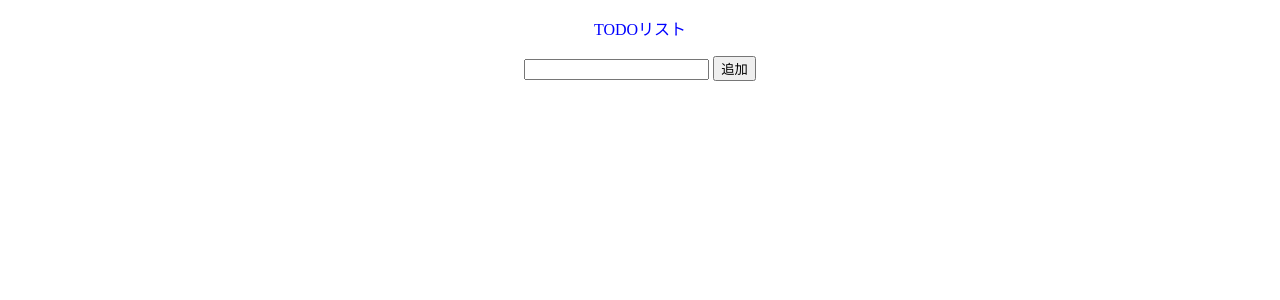
Repository: kntb2565/todolist
Page: src/index.html
These files come from the project's save history. The page is drawn as it stood at one moment and after the next save; the edit follows.
The browser window is 1280 px wide. The pictures show the whole page.

Above is the page before, as saved 2018-10-21 14:01:00.

### src/index.html
<!DOCTYPE html>
<html lang="ja">
<head>
  <meta charset="utf-8">
  <title>todolist</title>
  <link rel="stylesheet" href="css/styles.css" type="text/css">

</head>
<div class="todo">
    <p>TODOリスト</p>
    <input type="text" />
    <input type="button" value="追加" />
</div>
</html>

### src/css/styles.css
h1{
 color: blue;

}
 body{
    text-align: center;
 }

 .todo{
   width: 180px
   background-image: url(img/utyu3.jpg);
 }

 p{
    color: blue;
    text-align: center;
    text-size:13px
 }

After the next save:
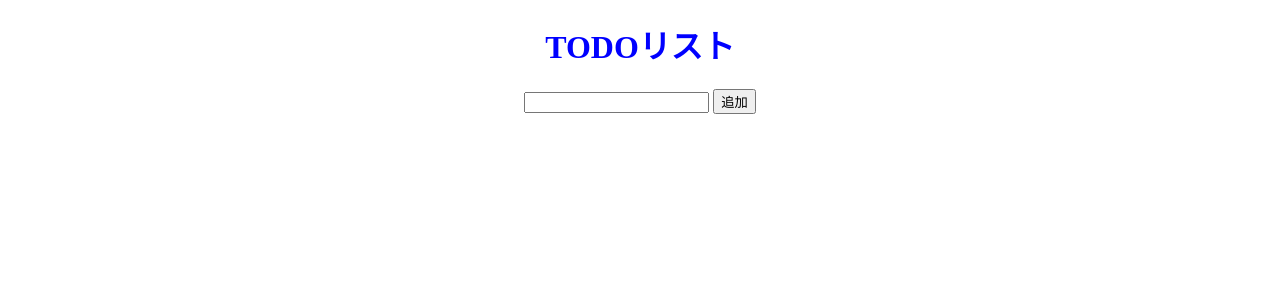
Saved 22 s later.
--- a/src/index.html
+++ b/src/index.html
@@ -7,7 +7,7 @@
 
 </head>
 <div class="todo">
-    <p>TODOリスト</p>
+    <h1>TODOリスト</h1>
     <input type="text" />
     <input type="button" value="追加" />
 </div>
